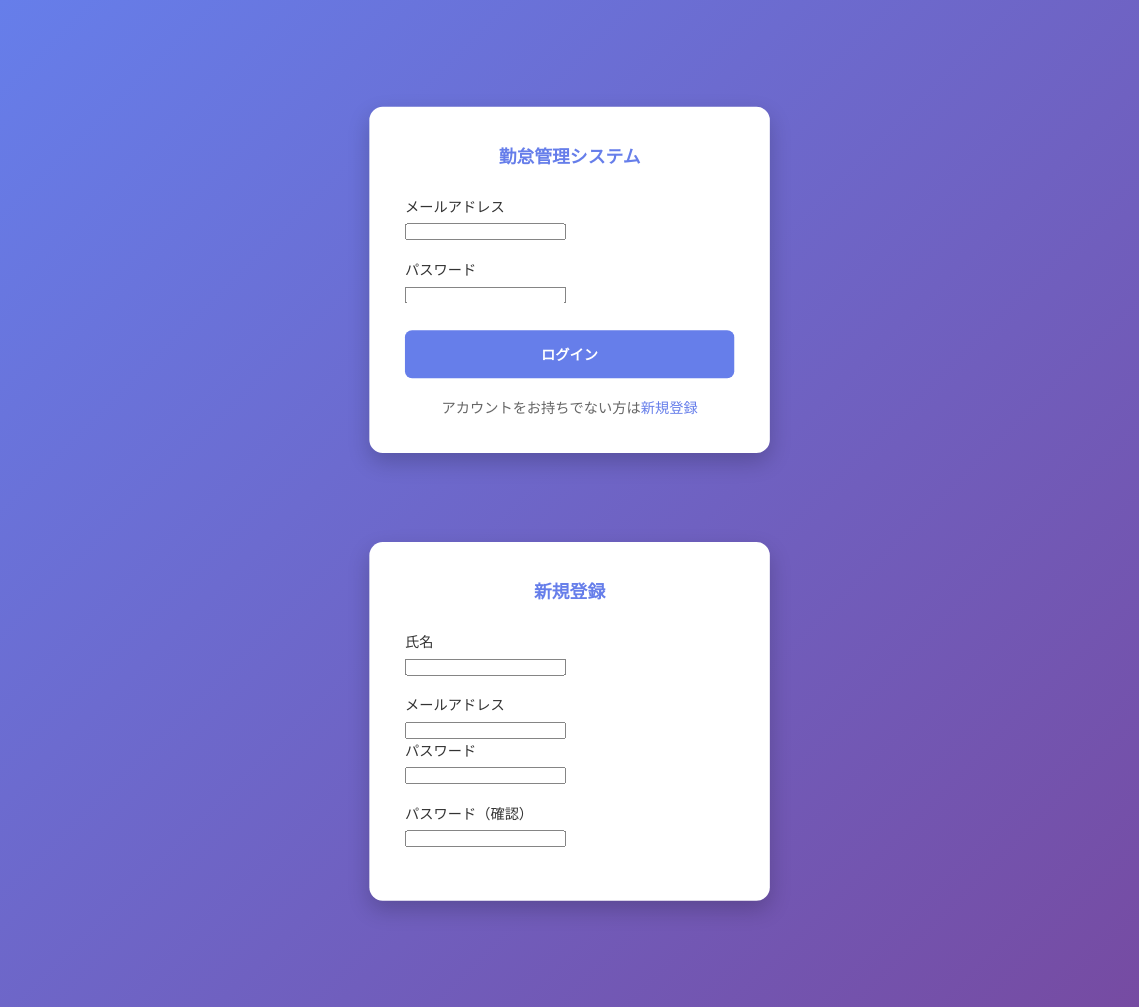
Repository: 04bit/WEB_HCJ
Page: index.html
These files come from the project's save history. The page is drawn as it stood at one moment and after the next save; the edit follows.
The browser window is 1280 px wide. The pictures show the whole page, at 89% of full size.

Above is the page before, as saved 2025-11-25 15:57:15.

### index.html
<!DOCTYPE html>
<html lang="ja">
<head>
    <meta charset="UTF-8">
    <meta name="viewport" content="width=device-width, initial-scale=1.0">
    <title>勤怠管理システム</title>
    <link rel="stylesheet" href="style.css">
</head>
<body>
    <!-- ログイン画面 -->
    <div id="loginScreen" class="auth-container">
        <h1>勤怠管理システム</h1>
        <div id="loginError" class="error-message"></div>
        <form id="loginForm">
            <div class="form-group">
                <label>メールアドレス</label>
                <input type="email" id="loginEmail" title="loginEmail" required>
            </div>
            <div class="form-group">
                <label>パスワード</label>
                <input type="password" id="loginPassword" title="loginPassword" required>
            </div>
            <button type="submit" class="btn btn-primary">ログイン</button>
        </form>
        <div class="switch-form">
            アカウントをお持ちでない方は<a id="showRegister">新規登録</a>
        </div>
    </div>

    <div id="registerScreen" class="auth-container hidden">
        <h1>新規登録</h1>
        <div id="registerError" class="error-message"></div>
        <div id="registerSuccess" class="success-message"></div>
        <form id="registerForm">
            <div class="form-group">
                <label>氏名</label>
                <input type="text" id="registerName" title="registerName" required>
            </div>
            <div class="form-group">
                <label>メールアドレス</label>
                <input type="email" id="registerEmail" title="registerEmail" required>
            <div class="form-group">
                <label>パスワード</label>
                <input type="password" id="registerPassword" title="registerPassword" required minlength="6">
            </div class="form-group">
            <div>
                <label>パスワード（確認）</label>
                <input type="password" id="registerPasswordConfirm" title="registerPasswordConfirm" required>
            </div>
        </form>
    </div>
</body>
</html>

### style.css
@charset "UTF-8";

* {
    margin: 0;
    padding: 0;
    box-sizing: border-box;
}

body {
    font-family: 'Segoe UI' sans-serif;
    background: linear-gradient(135deg, #667eea 0%, #764ba2 100%);
    min-height: 100vh;
    padding: 20px;
}

.auth-container {
    max-width: 450px;
    margin: 100px auto;
    background: white;
    padding: 40px;
    border-radius: 15px;
    box-shadow: 0 10px 25px rgba(0,0,0,0.2);
}

.auth-container h1 {
    color: #667eea;
    text-align: center;
    margin-bottom: 30px;
    font-size: 20px;
}

.form-group {
    margin-bottom: 20px;
}

.form-group label {
    display: block;
    margin-bottom: 8px;
    color: #333;
    font-weight: 500;
}

.btn {
    width: 100%;
    padding: 15px;
    border: none;
    border-radius: 8px;
    font-size: 16px;
    font-weight: bold;
    cursor: pointer;
    transition: all 0.3s;
    margin-top: 10px;
}

.btn-primary {
    background: #667eea;
    color: white;
}

.btn-primary:hover {
    background: #5568d3;
    transform: translateY(-2px);
}

.switch-form {
    text-align: center;
    margin-top: 20px;
    color: #666;
}

.switch-form a {
    color: #667eea;
    cursor: pointer;
    text-decoration: none;
}

After the next save:
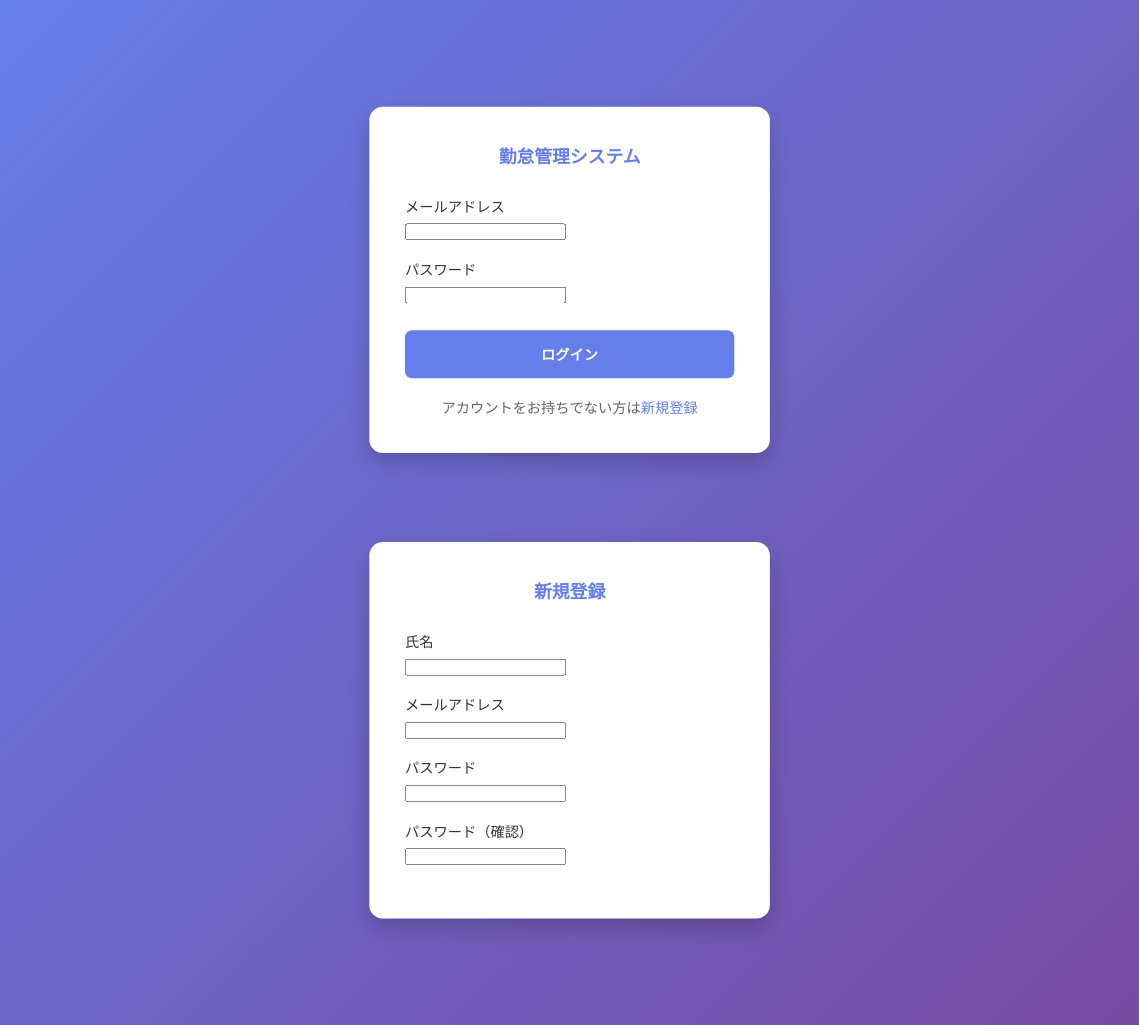
Saved 44 s later.
--- a/index.html
+++ b/index.html
@@ -39,11 +39,12 @@
             <div class="form-group">
                 <label>メールアドレス</label>
                 <input type="email" id="registerEmail" title="registerEmail" required>
+            </div>
             <div class="form-group">
                 <label>パスワード</label>
                 <input type="password" id="registerPassword" title="registerPassword" required minlength="6">
-            </div class="form-group">
-            <div>
+            </div>
+            <div class="form-group">
                 <label>パスワード（確認）</label>
                 <input type="password" id="registerPasswordConfirm" title="registerPasswordConfirm" required>
             </div>
